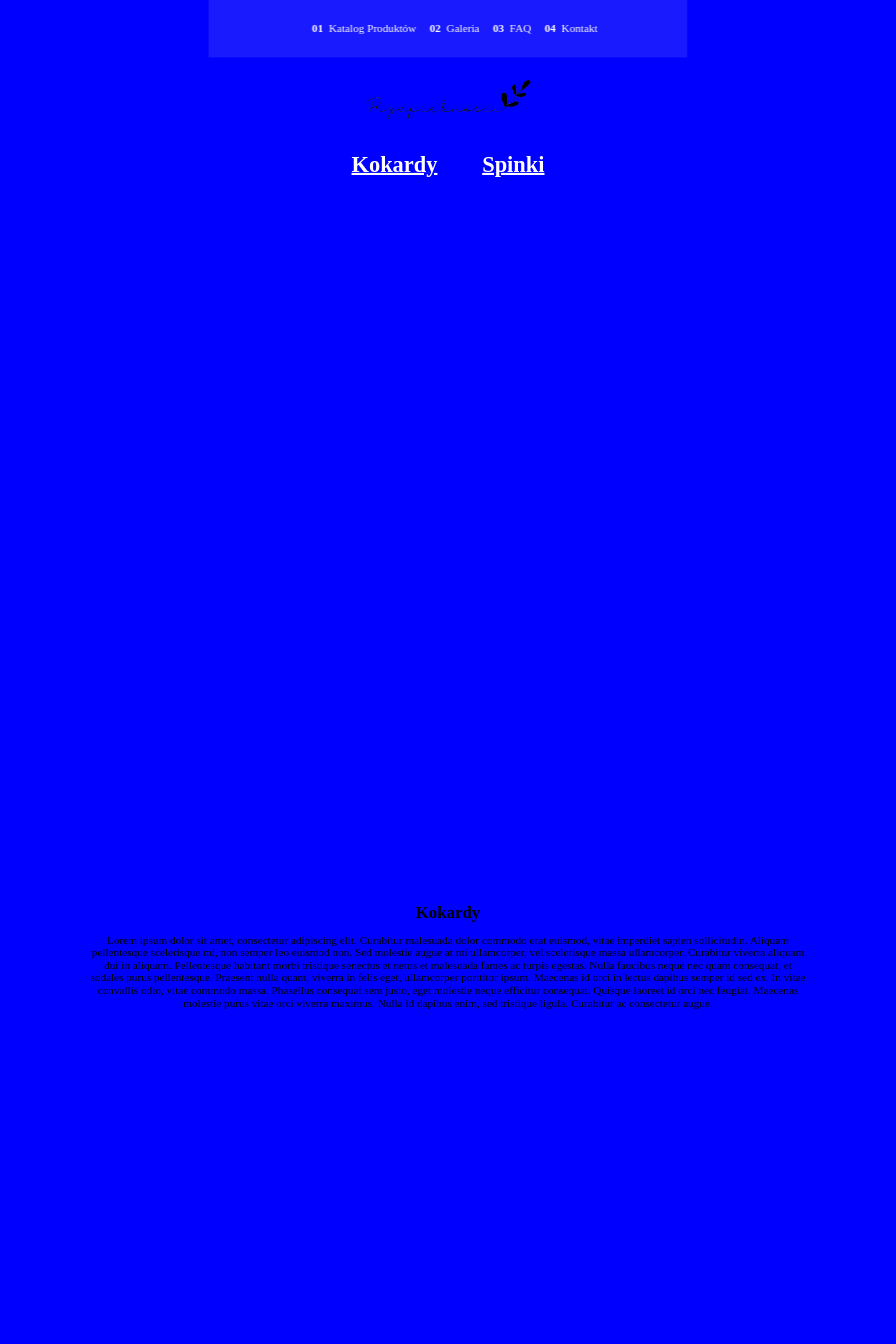
Repository: kowalkos/Rak_projekt
Page: /produkty
An editor plug-in stored every save of this project. The page is shown before and after the next save, followed by the edit.
The browser window is 1280 px wide. The pictures show the part of the page from y = 0 to 1920 px (the page is 2641 px tall), at 70% of full size.
The project was rebuilt for these pictures with package versions that can differ from the ones it lists, and the page was loaded fresh each time. Also part of the build but not shown: src/components/galeria/Galeria.js, src/components/main/Main.js, src/components/FAQ/Faq.js, src/components/about/About.js.

Above is the page before, as saved 2022-01-04 12:51:20.

After the next save:
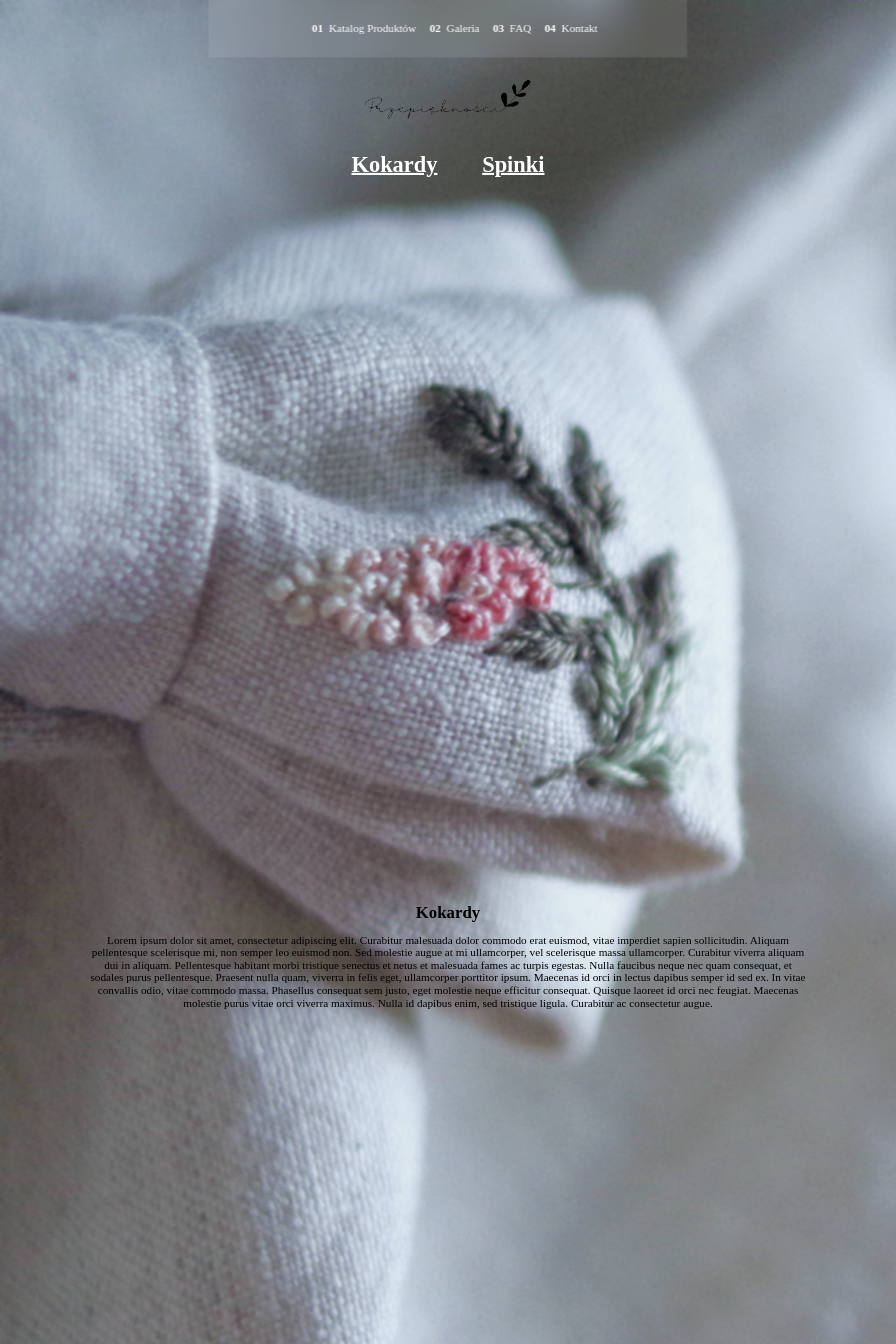
Saved 6 h 14 min later.
--- a/src/index.css
+++ b/src/index.css
@@ -1,6 +1,6 @@
 body {
 margin: 0;
-  /* background-image: url('/src/img/kosmos.jpg'); */
+   background-image: url('/src/img/tlo.jpg');
   background-color: blue;
   overflow-x: hidden;
   color: black;
